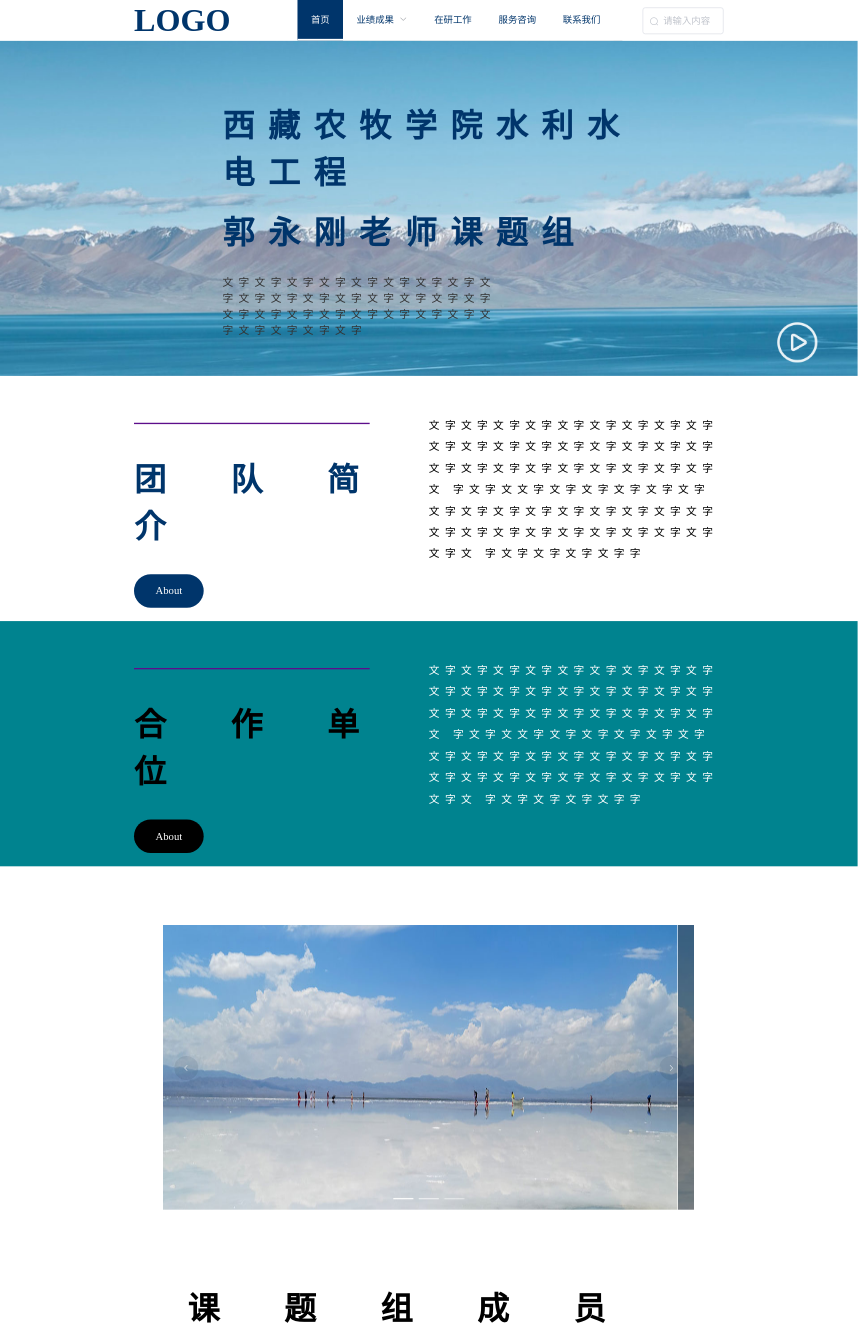
Repository: BLSY/xzust
Page: /
These files come from the project's save history. The page is drawn as it stood at one moment and after the next save; the edit follows.
The browser window is 1280 px wide. The pictures show the whole page, at 67% of full size.
The project was rebuilt for these pictures with package versions that can differ from the ones it lists, and the page was loaded fresh each time.

Above is the page before, as saved 2022-11-27 11:14:01.

### index.html
<!DOCTYPE html>
<html>
  <head>
    <meta charset="utf-8">
    <meta name="viewport" content="width=device-width,initial-scale=1.0">
    <title>student</title>
  </head>
  <body style="margin:0;">
    <div id="app"></div>
    <!-- built files will be auto injected -->
  </body>
</html>

### src/main.js
// The Vue build version to load with the `import` command
// (runtime-only or standalone) has been set in webpack.base.conf with an alias.
import Vue from 'vue'
import App from './App'
import ElementUI from 'element-ui';
import 'element-ui/lib/theme-chalk/index.css';
import router from './router'

Vue.use(ElementUI);
Vue.config.productionTip = false

/* eslint-disable no-new */
new Vue({
  el: '#app',
  router,
  components: { App },
  template: '<App/>'
})

### src/App.vue
<template>
  <div id="app">
    <router-view/>
  </div>
</template>

<script>
export default {
  name: 'App'
}
</script>

<style>
#app {

}
</style>

### src/components/HelloWorld.vue
<template>
  <div class="indexBox">
    <div class="nav">
      <div class="login">LOGO</div>
      <div class="navList">
        <el-menu
          :default-active="activeIndex2"
          class="el-menu-demo"
          mode="horizontal"
          @select="handleSelect"
          background-color="#fff"
          text-color="#00356B"
          active-text-color="#fff"
        >
          <el-menu-item index="1">首页</el-menu-item>
          <el-submenu index="2">
            <template slot="title">业绩成果</template>
            <el-menu-item index="2-1">选项1</el-menu-item>
            <el-menu-item index="2-2">选项2</el-menu-item>
            <el-menu-item index="2-3">选项3</el-menu-item>
          </el-submenu>
          <el-menu-item index="3">在研工作</el-menu-item>
          <el-menu-item index="4">服务咨询</el-menu-item>
          <el-menu-item index="5">联系我们</el-menu-item>
        </el-menu>
      </div>
      <div class="serch">
        <el-input
          placeholder="请输入内容"
          prefix-icon="el-icon-search"
          v-model="input2"
        >
        </el-input>
      </div>
    </div>
    <div class="top">
      <div class="toptext">
        <h3 class="h-text">西藏农牧学院水利水电工程</h3>
        <h3 class="h-text" >郭永刚老师课题组</h3>
        <div class="detil">
          文字文字文字文字文字文字文字文字文字文字文字文字文字文字文字文字文字文字文字文字文字文字文字文字文字文字文字文字文字文字
        </div>

      </div>
      <div class="starvidio">
        </div>
    </div>
    <div class="team">
      <div class="team-left">
        <div class="line"></div>
        <h3 class="team-title">团队简介</h3>
        <div class="team-icon">About</div>
      </div>
      <div class="team-right">
        <div class="team-text">
          文字文字文字文字文字文字文字文字文字文字文字文字文字文字文字文字文字文字文字文字文字文字文字文字文字文字文字文
          字文字文文字文字文字文字文字文字文字文字文字文字文字文字文字文字文字文字文字文字文字文字文字文字文字文字文字文
          字文字文字文字文字字
        </div>

      </div>
    </div>
     <div class="cooperation">
      <div class="cooperation-left">
        <div class="line"></div>
        <h3 class="cooperation-title">合作单位</h3>
        <div class="cooperation-icon">About</div>
      </div>
      <div class="cooperation-right">
        <div class="cooperation-text">
          文字文字文字文字文字文字文字文字文字文字文字文字文字文字文字文字文字文字文字文字文字文字文字文字文字文字文字文
          字文字文文字文字文字文字文字文字文字文字文字文字文字文字文字文字文字文字文字文字文字文字文字文字文字文字文字文
          字文字文字文字文字字
        </div>

      </div>
    </div>
    <div class="preject">
      <div class="carousel">
         <el-carousel :interval="5000" arrow="always" height="425px">
          <el-carousel-item v-for="(item,index) in imgList" :key="index">
            <img :src="item.idView"  class="image">
          </el-carousel-item>
        </el-carousel>
      </div>
    </div>
    <div class="group">
      <h3 class="group-title">课题组成员</h3>
    </div>
  </div>
</template>

<script>
export default {
  name: "HelloWorld",
  data() {
    return {
      activeIndex2: "1",
      input2: "",
      imgList:[
        {idView:require('../assets/preject.jpg')},
        {idView:require('../assets/black-preject.jpg')},
        {idView:require('../assets/topbackg.jpg')}
      ]
    };
  },
  props: {
    msg: String,
  },
  methods: {
    handleSelect(key, keyPath) {
      console.log(key, keyPath);
    },
  },
};
</script>

<!-- Add "scoped" attribute to limit CSS to this component only -->
<style scoped >
*{
  list-style: none;
  box-sizing: border-box;
}
h3{
  margin: 0;
  padding: 0;
  margin: 10px 0;
}
html{
  font-size: 16px;
}
.indexBox {
  width: 100%;
  height: 100%;
  position: relative;
  box-sizing: border-box;
}
.nav {
  display: flex;
  align-items: center;
  justify-content: center;
  padding: 0 200px;
}
.login {
  flex: 1;
  display: inline-block;
  font-size: 3em;
  font-weight: bold;
  color: #00356B;
  font-family: MicrosoftYaHei;
  margin-right: 100px;
}
.navList{
  flex: 4;
  display: inline-block;
  min-width:55%;
  font-size: 2em;
}
.serch{
  flex: 1;
  display: inline-block;
  margin-left:30px ;
}
.el-menu-item.is-active{
  background: #00356B !important;
}
.top{
  box-sizing: border-box;
  background: url(../assets/topbackg.jpg) no-repeat;
  background-size:100% 100% ;
  position: relative;
  height: 500px;
  display: flex;
  align-items: center;
  justify-content: center;
  /* text-align: center; */
  overflow: hidden;
  padding: 0 200px;
}
  .toptext{
    display: inline-block;
    margin-top: 20px;
    width: 70%;
    text-align: left;
  }
  .h-text{
    display: inline-block;
    color: #00356B;
    font-size: 3em;
    letter-spacing:20px;
  }
  .detil{
    margin-top: 20px;
    display: inline-block;
    width:70%;
    font-size: 1em;
    text-align: left;
    letter-spacing: 0.5em;
    color:#333;
  }
  .starvidio{
    background: url(../assets/bapfang.png) no-repeat;
    background-size:100% 100% ;
    position: absolute;
    bottom: 20px;
    right: 60px;
    height: 60px;
    width: 60px;
  }
  .team{
    height: 366px;
    display: flex;
    flex-direction: row;
    align-items: center;
    justify-content: space-between;
    padding: 0 200px;
  }
  .team-left{
    height: 250px;
    flex: 1;
    text-align: cente;
    display: inline-block;
    vertical-align: top;
  }
  .team-right{
    height: 250px;
    flex: 1;
    display: inline-block;
    vertical-align: top;
  }
  .team-text{
    text-align: left;
   letter-spacing:0.5em;
   line-height: 2em;
  }
  .team-title{
    color: #00356B;
    font-size: 3em;
    letter-spacing:2em;
    margin: 40px 0;
  }
  .line{
    display: inline-block;
    margin: auto;
    width: 80%;
    border: 1px solid #5D0E8B;
  }
  .team-icon{
    text-align: center;
    width: 104px;
    height: 50px;
    line-height: 50px;
    color: #fff;
    font-size: 1em;
    background: #00356B;
    border-radius: 25px;
  }
  .cooperation{
    height: 366px;
    display: flex;
    background:#00838F ;
    flex-direction: row;
    align-items: center;
    justify-content: space-between;
    padding: 0 200px;
  }
   .cooperation-left{
    height: 250px;
    flex: 1;
    text-align: cente;
    display: inline-block;
    vertical-align: top;
  }
  .cooperation-right{
    height: 250px;
    flex: 1;
    display: inline-block;
    vertical-align: top;
  }
  .cooperation-text{
    text-align: left;
   letter-spacing:0.5em;
   line-height: 2em;
   color: #fff;
  }
  .cooperation-title{
    color: #000;
    font-size: 3em;
    letter-spacing:2em;
    margin: 40px 0;
  }

  .cooperation-icon{
    text-align: center;
    width: 104px;
    height: 50px;
    line-height: 50px;
    color: #fff;
    font-size: 1em;
    background: #000000;
    border-radius: 25px;
  }
.preject{
  /* height: 366px; */
  display: flex;
  justify-content: center;
  flex-direction: row;
  align-items: center;
  padding: 0 200px;
}
.carousel{
  margin: 88px auto;
  height: 425px;
  width: 90%;
}
/* 轮播图无图片样式 有图片可删除 */

  .image{
    width: 100%;
    height: inherit;
  }
  .group{
    text-align: center;
  }
  .group-title{
    color: #000;
    font-size: 3em;
    letter-spacing:2em;
    margin: 20px 0;
  }
</style>

Loaded but not shown: src/router/index.js (common file)

After the next save:
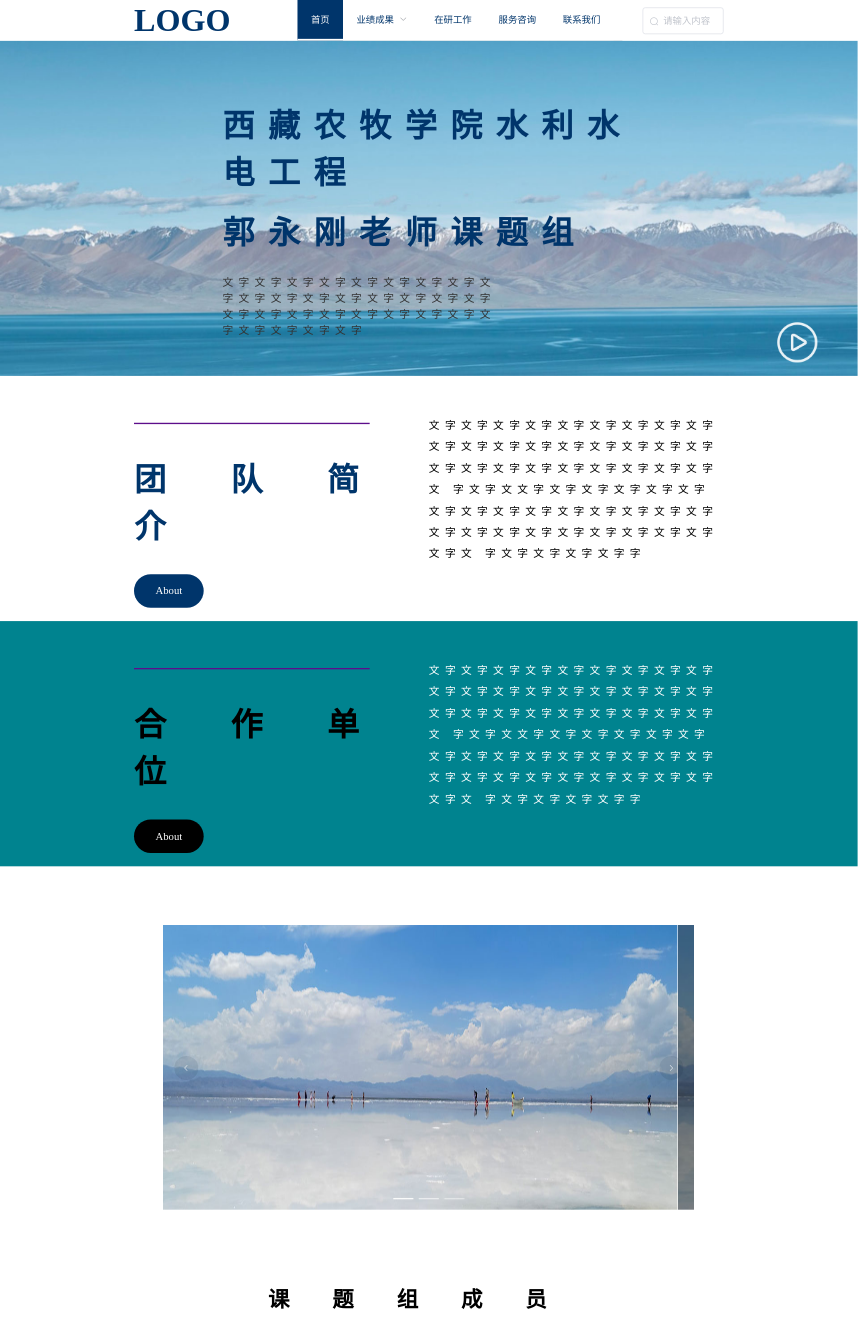
Saved 5 s later.
--- a/src/components/HelloWorld.vue
+++ b/src/components/HelloWorld.vue
@@ -324,7 +324,7 @@ html{
   }
   .group-title{
     color: #000;
-    font-size: 3em;
+    font-size: 2em;
     letter-spacing:2em;
     margin: 20px 0;
   }
